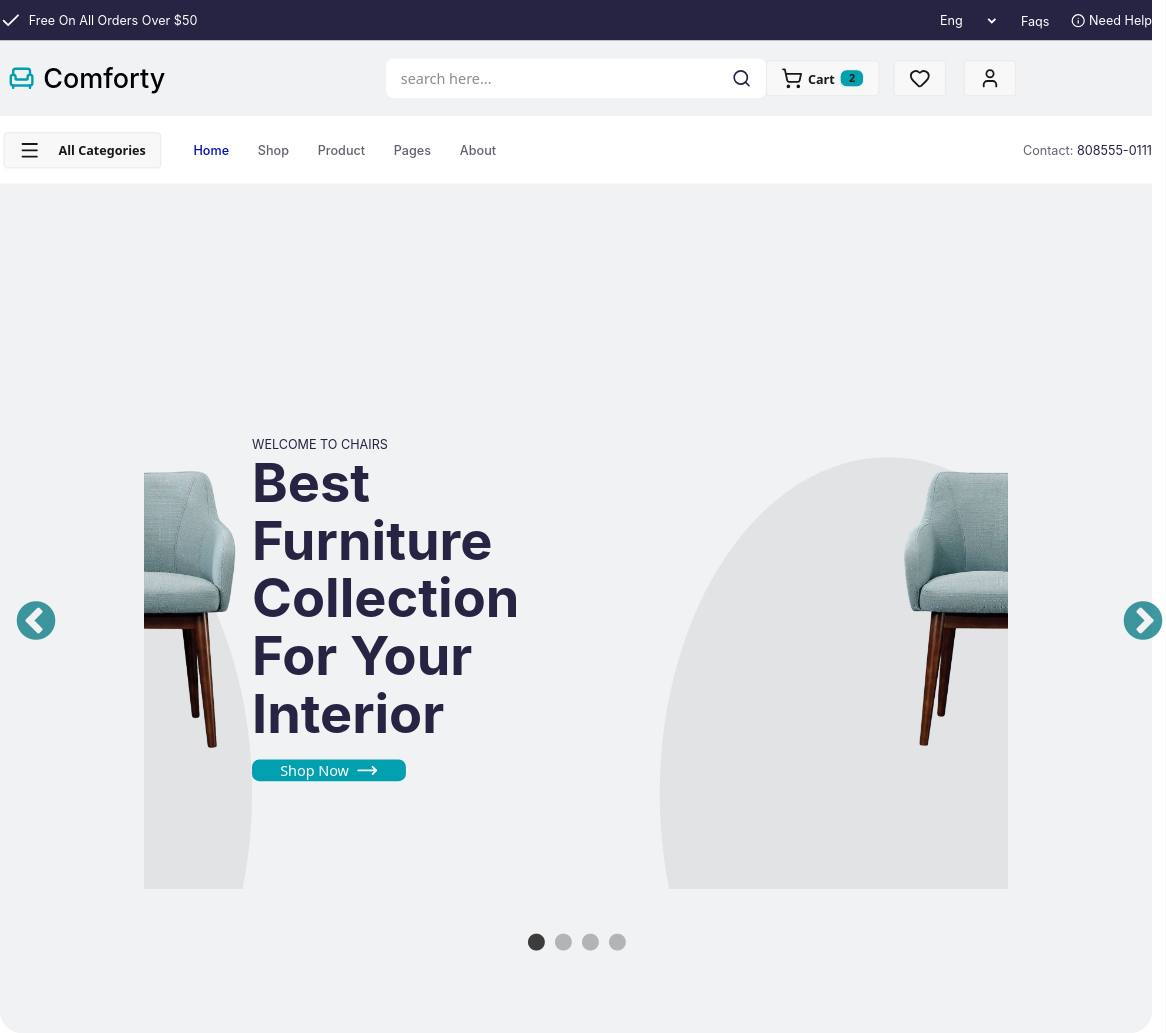
Repository: Neda0o0/store-template-website
Page: /
An editor plug-in stored every save of this project. The page is shown before and after the next save, followed by the edit.
The browser window is 1280 px wide. The page is 1295 px wide, so the pictures cover 1295 px, including what lies to the right of the window. The pictures show the whole page, at 90% of full size.
The project was rebuilt for these pictures with package versions that can differ from the ones it lists, and the page was loaded fresh each time. Also part of the build but not shown: vite.config.js, src/Pages/Auth/Auth.jsx, src/Pages/Auth/Login/Login.jsx, src/Pages/Auth/Register/Register.jsx, src/Pages/Error/Error.jsx, src/AuthCheck/AuthCheck.jsx.

Above is the page before, as saved 2025-10-23 12:10:04.

### index.html
<!DOCTYPE html>
<html lang="en">
  <head>
    <meta charset="UTF-8" />
    <link rel="icon" type="image/svg+xml" href="/vite.svg" />
    <meta name="viewport" content="width=device-width, initial-scale=1.0" />
    <title>new-project</title>
  </head>
  <body>
    <div id="root"></div>
    <script type="module" src="/src/main.jsx"></script>
  </body>
</html>

### src/main.jsx
import { StrictMode } from "react";
import { createRoot } from "react-dom/client";
import MainLayout from "./MainLayout/MainLayout";
import "./index.css";

createRoot(document.getElementById("root")).render(
  <StrictMode>
    <MainLayout />
  </StrictMode>
);

### src/MainLayout/MainLayout.jsx
import { BrowserRouter, Route, Routes } from "react-router";
import Navbar from "../components/Navbar/Navbar";
import Home from "../Pages/Home/Home";
import Auth from "../Pages/Auth/Auth";
import Login from "../Pages/Auth/Login/Login";
import Register from "../Pages/Auth/Register/Register";
import Error from "../Pages/Error/Error";
import AuthCheck from "../AuthCheck/AuthCheck";

const MainLayout = () => {
  return (
    <BrowserRouter>
      {/* Navbar */}
      <Navbar />
      <Routes>
        <Route
          path="/"
          element={
            <AuthCheck>
              <Home />
            </AuthCheck>
          }
        />
        <Route path="auth" element={<Auth />}>
          <Route path="login" element={<Login />} />
          <Route path="register" element={<Register />} />
        </Route>
        {/* not found routes */}
        <Route path="*" element={<Error />} />
      </Routes>
    </BrowserRouter>
  );
};
export default MainLayout;

### src/index.css
@import "tailwindcss";
@plugin "daisyui";

/* google font inter */
@import url("https://fonts.googleapis.com/css2?family=Inter:ital,opsz,wght@0,14..32,100..900;1,14..32,100..900&display=swap");

@theme {
  --font-inter: "Inter", sans-serif;
}

.banner_slide_item {
  display: flex !important;
  justify-content: space-between;
  align-items: center;
  gap: 7.5rem;
}

.banner_image {
  position: relative;
}
.banner_image::before {
  content: "";
  position: absolute;
  top: 0;
  right: 0;
  max-width: 747px;
  width: 100%;
  min-height: 747px;
  height: 100%;
  background-color: #e1e3e5;
  border-radius: 100%;
  z-index: -1;
}
.slick-prev,
.slick-next {
  z-index: 5 !important;
}
.slick-list {
  margin: 10%;
  padding: 10%;
}
.slick-prev:before,
.slick-next:before {
  font-family: "slick";
  font-size: 50px !important;
  line-height: 1;
  opacity: 0.75;
  color: #007580 !important;
  -webkit-font-smoothing: antialiased;
  -moz-osx-font-smoothing: grayscale;
}
.slick-dots {
  position: absolute;
  bottom: -70px !important;
  display: block;
  width: 100%;
  padding: 0;
  margin: 0;
  list-style: none;
  text-align: center;
}
.slick-dots li button:before {
  font-family: "slick";
  font-size: 22px !important;
  line-height: 20px;
  position: absolute;
  top: 0;
  left: 0;
  width: 20px;
  height: 20px;
  text-align: center;
  opacity: 0.25;
  color: black;
  -webkit-font-smoothing: antialiased;
  -moz-osx-font-smoothing: grayscale;
}

### src/components/Navbar/Navbar.jsx
import {
  Armchair,
  Check,
  Info,
  Search,
  ShoppingCart,
  Heart,
  User,
  Menu,
} from "lucide-react";
import { Link, NavLink } from "react-router-dom";

const Navbar = () => {
  return (
    <div>
      {/* navbar top */}
      <div className="navbar_top flex items-center justify-center bg-[#272343] w-full h-[45px]">
        <div className="lg:container flex justify-between items-center">
          <p className="flex items-center gap-2 text-sm font-inter font-normal text-white capitalize">
            <Check />
            Free on all orders over $50
          </p>
          <div className="navbar_top_right flex items-center gap-6">
            <select
              defaultValue="Server location"
              className=" bg-none h-[30px] w-[70px] text-sm font-inter font-normal capitalize text-white"
            >
              <option>Eng</option>
              <option>Farsi</option>
            </select>
            <button>
              <Link className="text-sm text-white font-inter font-normal capitalize ">
                Faqs
              </Link>
            </button>
            <button>
              <Link className="flex items-center gap-1 text-sm  text-white font-inter font-normal capitalize">
                <Info size={16} />
                Need help
              </Link>
            </button>
          </div>
        </div>
      </div>
      {/* navbar middle */}
      <div className="navbar middle flex items-center justify-center bg-[#f0f2f3] w-full h-[84px]">
        <div className="lg:container grid grid-cols-3 items-center">
          <div className="logo_wrapper">
            <Link
              to="/"
              className="text-3xl text-black font-inter font-medium capitalize flex items-center gap-2"
            >
              <Armchair size="2rem" color="#029fae" /> Comforty
            </Link>
          </div>
          <div className="search_box">
            <form action="#" className="max-w-[443px] h-[44px] relative">
              <input
                type="text"
                placeholder="search here..."
                className=" max-w-[443px] w-full h-full bg-white rounded-lg pl-4 "
              />
              <button className="absolute to-50% right-4 translate-y-1/2">
                <Search size="22px" color="#272343" />
              </button>
            </form>
          </div>
          {/* navbar middle right */}
          <div className="navbar_middle_right flex items-center gap-4">
            <button className="btn capitalize">
              <ShoppingCart /> cart
              <div className="badge badge-sm bg-[#029fae]">2</div>
            </button>
            <button className="btn capitalize">
              <Heart />
            </button>

            <div className="dropdown">
              <div tabIndex={0} role="button" className="btn m-1">
                <User />
              </div>
              <ul
                tabIndex="-1"
                className="dropdown-content menu bg-base-100 rounded-box z-1 w-52 p-2 shadow-sm"
              >
                <li>
                  <Link>Account</Link>
                </li>
                <li>
                  <Link>Logout</Link>
                </li>
              </ul>
            </div>
          </div>
        </div>
      </div>

      {/* navbar bottom */}
      <div className="navbar_bottom flex items-center justify-center w-full h-[75px] bg-white border-[#ele3e5]">
        <div className="lg:container flex items-center justify-between">
          <div className="navbar_bottom_left flex items-center gap-8">
            <div className="dropdown dropdown-start">
              <div
                tabIndex={0}
                role="button"
                className="btn m-1 flex items-center gap-5 capitalize"
              >
                <Menu /> all categories
              </div>
              <ul
                tabIndex="-1"
                className="dropdown-content menu bg-base-100 rounded-box z-1 w-52 p-2 shadow-sm"
              >
                <li>
                  <a>Chair</a>
                </li>
                <li>
                  <a>Pant</a>
                </li>
                <li>
                  <a>Shirt</a>
                </li>
                <li>
                  <a>T-shirt</a>
                </li>
              </ul>
            </div>
            <nav className="flex items-center gap-8">
              <NavLink
                to="/"
                className="text-sm text-[#020fae] font-inter font-medium capitalize"
              >
                Home
              </NavLink>
              <NavLink className="text-sm text-[#636270] font-inter font-medium capitalize">
                shop
              </NavLink>
              <NavLink className="text-sm text-[#636270] font-inter font-medium capitalize">
                product
              </NavLink>
              <NavLink className="text-sm text-[#636270] font-inter font-medium capitalize">
                pages
              </NavLink>
              <NavLink className="text-sm text-[#636270] font-inter font-medium capitalize">
                about
              </NavLink>
            </nav>
          </div>

          <div className="navbar_bottom_right">
            <p className="text-sm text-[#636270] font-inter font-normal capitalize">
              contact: <span className="text-[#272343]">{808}555-0111</span>
            </p>
          </div>
        </div>
      </div>
    </div>
  );
};
export default Navbar;

### src/Pages/Home/Home.jsx
import Banner from "../../components/Banner/Banner";
import Delivery from "../../components/Delivery/Delivery";
const Home = () => {
  return (
    <div>
      {/* banner component */}
      <div className="w-full rounded-b-3xl bg-[#f0f2f3] min-h-[85px] flex items-center justify-center ">
        <Banner></Banner>
      </div>
      {/* delivery component */}
      <div className="w-full min-h[#150px] shadow-md bg-white ">
        <Delivery></Delivery>
      </div>
    </div>
  );
};
export default Home;

### src/components/Banner/Banner.jsx
import "slick-carousel/slick/slick.css";
import "slick-carousel/slick/slick-theme.css";
import Slider from "react-slick";
import { MoveRight } from "lucide-react";

const Banner = () => {
  const products = [
    {
      id: 1,
      title: "Best Furniture collection for your interior ",
      subTitle: "welcome to chairs",
      image: "/src/assets/Banner/banner_image.png",
    },
    {
      id: 2,
      title: "Best Furniture collection for your interior ",
      subTitle: "welcome to chairs",
      image: "/src/assets/Banner/banner_image.png",
    },
    {
      id: 3,
      title: "Best Furniture collection for your interior ",
      subTitle: "welcome to chairs",
      image: "/src/assets/Banner/banner_image.png",
    },
    {
      id: 4,
      title: "Best Furniture collection for your interior ",
      subTitle: "welcome to chairs",
      image: "/src/assets/Banner/banner_image.png",
    },
  ];
  const settings = {
    dots: true,
    infinite: true,
    speed: 500,
    slidesToShow: 1,
    slidesToScroll: 1,
  };
  return (
    <div className="lg:container w-full p-10">
      <div className="slider-container w-full h-full">
        <Slider {...settings}>
          {products?.map((product) => (
            <div key={product?.id} className="banner_slide_item">
              {/* banner text */}
              <div className="banner_text">
                <p className="text-sm font-inter font-normal text-[#272343] uppercase">
                  {product?.subTitle}
                </p>
                <h3 className="text-6xl text-[#272343] font-inter capitalize leading-16 max-w-[631px] w-full font-bold mb-5">
                  {product?.title}
                </h3>
                <button className="max-w-[171px] w-full flex items-center justify-center gap-2 h-[52] bg-[#029fae] rounded-lg cursor-pointer text-white capitalize">
                  shop now <MoveRight />
                </button>
              </div>

              {/* banner image */}
              <div className="banner_image w-full h-full flex items-center justify-end">
                <img
                  className="w-[50%]"
                  src={product?.image}
                  alt={product?.title}
                />
              </div>
            </div>
          ))}
        </Slider>
      </div>
    </div>
  );
};
export default Banner;

### src/components/Delivery/Delivery.jsx
const Delivery = () => {
  return;
};
export default Delivery;

After the next save:
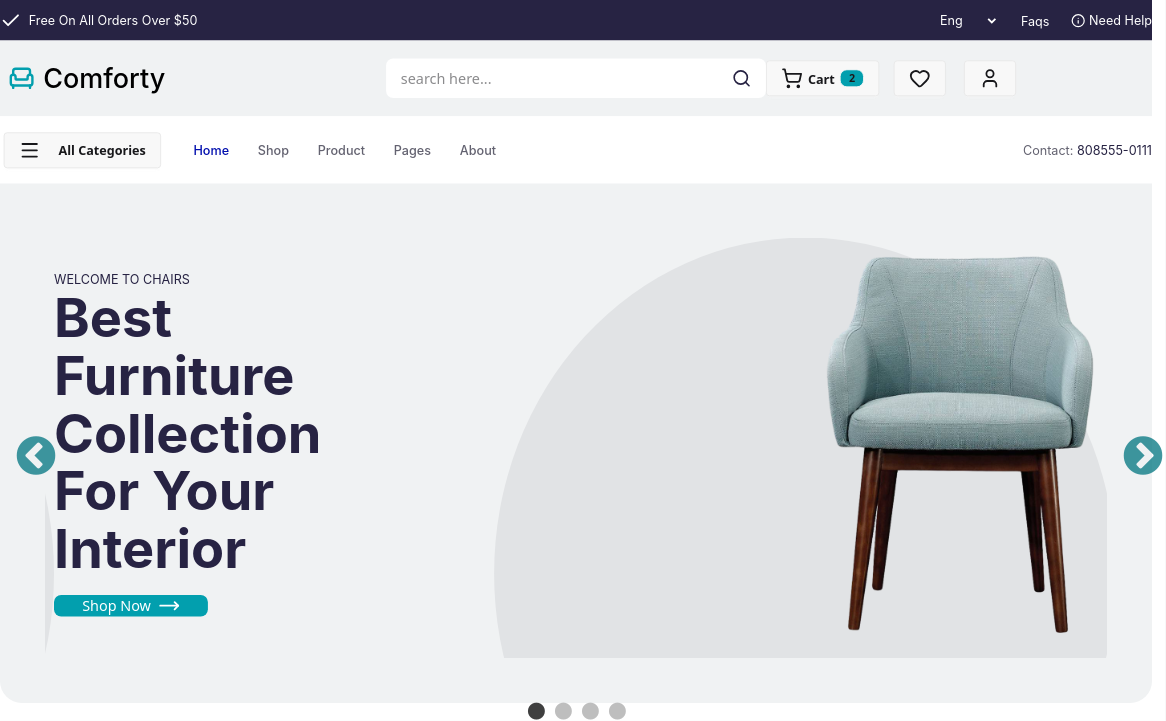
Saved 17 s later.
--- a/src/index.css
+++ b/src/index.css
@@ -36,8 +36,8 @@
   z-index: 5 !important;
 }
 .slick-list {
-  margin: 10%;
-  padding: 10%;
+  margin: 10px;
+  padding: 10px;
 }
 .slick-prev:before,
 .slick-next:before {
